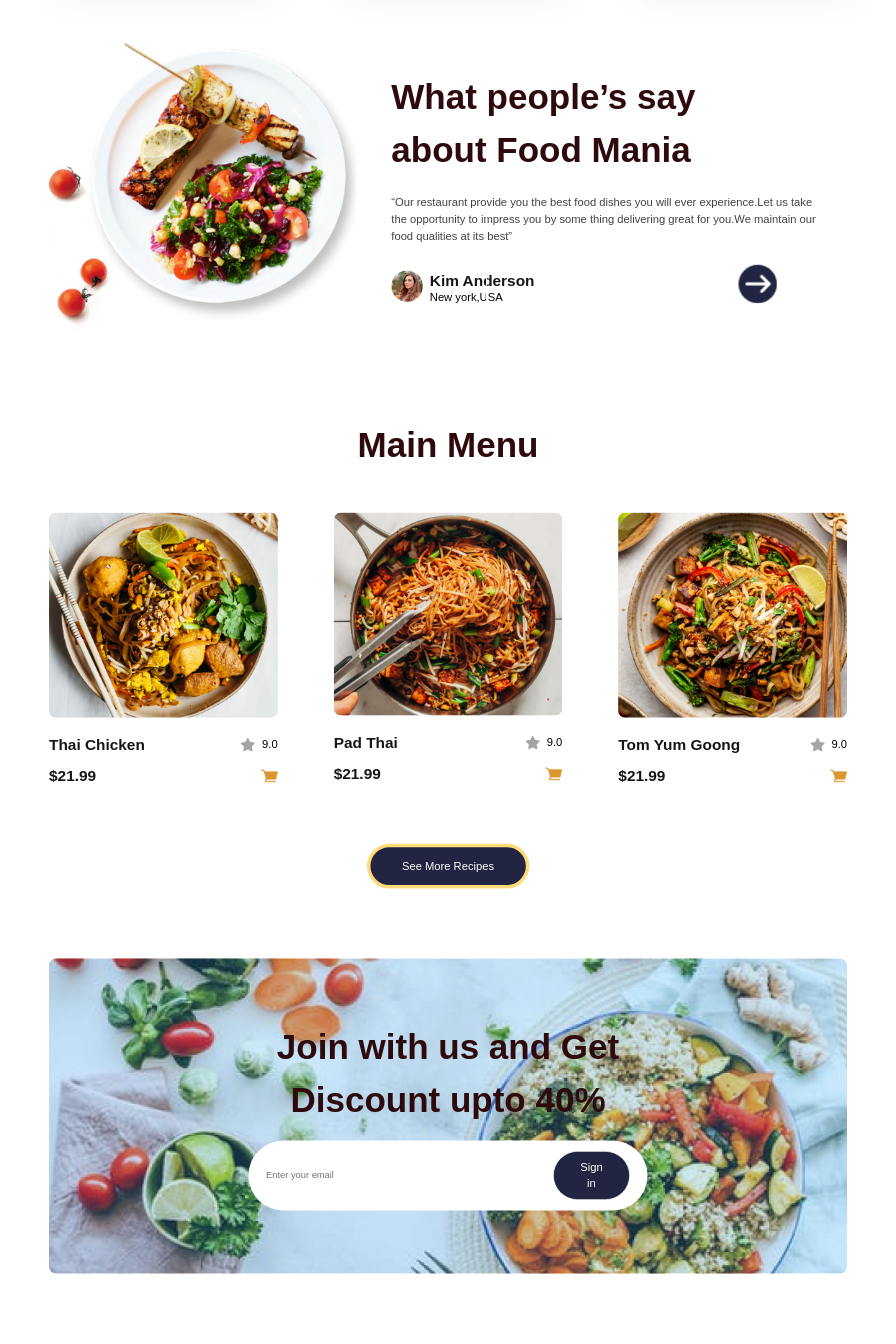
Repository: hoang0508/Figmafood
Page: index.html
An editor plug-in stored every save of this project. The page is shown before and after the next save, followed by the edit.
The browser window is 1280 px wide. The pictures show the part of the page from y = 1925 to 3845 px (the page is 3845 px tall), at 70% of full size.
Backgrounds fixed to the window are drawn as part of the page. Some web libraries are served in a nearby version. The style sheet was rebuilt from its Sass, Less or Tailwind sources for each picture, by a compiler version that may differ from the author's.

Above is the page before, as saved 2021-11-08 15:41:55.

### index.html
<!DOCTYPE html>
<html lang="en">
  <head>
    <meta charset="UTF-8" />
    <meta http-equiv="X-UA-Compatible" content="IE=edge" />
    <meta name="viewport" content="width=device-width, initial-scale=1.0" />
    <title>LandingPage Food</title>
    <link
      rel="stylesheet"
      href="https://cdnjs.cloudflare.com/ajax/libs/font-awesome/4.7.0/css/font-awesome.min.css"
      integrity="sha512-SfTiTlX6kk+qitfevl/7LibUOeJWlt9rbyDn92a1DqWOw9vWG2MFoays0sgObmWazO5BQPiFucnnEAjpAB+/Sw=="
      crossorigin="anonymous"
      referrerpolicy="no-referrer"
    />
    <link rel="preconnect" href="https://fonts.googleapis.com" />
    <link rel="preconnect" href="https://fonts.gstatic.com" crossorigin />
    <link
      href="https://fonts.googleapis.com/css2?family=Poppins:wght@300;400;500;600;700&display=swap"
      rel="stylesheet"
    />
    <link
      rel="stylesheet"
      type="text/css"
      href="https://cdn.jsdelivr.net/npm/slick-carousel@1.8.1/slick/slick.css"
    />
    <link rel="stylesheet" href="./css/app.css" />
  </head>
  <body>
    <div class="wrapper">
      <header class="header">
        <div class="container">
          <div class="header-container d-flex--between">
            <div class="header-logo d-flex--center">
              <img src="./images/logo.png" alt="" />
              <img src="./images/FOOD MANIA.svg" alt="" />
            </div>
            <ul class="header-list d-flex--center">
              <li class="header-item">
                <a href="#" class="header-link">Home</a>
              </li>
              <li class="header-item">
                <a href="#" class="header-link">About us</a>
              </li>
              <li class="header-item">
                <a href="#" class="header-link">Contact us</a>
              </li>
            </ul>
            <div class="header-icon d-flex--center">
              <a href="#" class="icon-link">
                <img src="./images/icon-search.png" alt="" />
              </a>
              <a href="#" class="icon-link">
                <img src="./images/icon-cart.png" alt="" />
              </a>
              <a href="#" class="icon-link">
                <img src="./images/icon-bars.png" alt="" />
              </a>
            </div>
            <button class="button button--primary">Book now</button>
          </div>
        </div>
      </header>
      <main>
        <section class="hero">
          <div class="container">
            <div class="hero-container d-flex--between">
              <div class="hero-content">
                <h3 class="hero-title">
                  Taste the <span>best Delicious</span> dishes.
                </h3>
                <button class="button button--primary button--secondary">
                  Explore Menu
                </button>
                <div class="hero-social d-flex--center">
                  <a href="#" class="social-icon">
                    <img src="./images/facebook.png" alt="" />
                  </a>
                  <a href="#" class="social-icon">
                    <img src="./images/instagram.png" alt="" />
                  </a>
                  <a href="#" class="social-icon">
                    <img src="./images/twitter.png" alt="" />
                  </a>
                </div>
              </div>
              <div class="hero-image">
                <div class="hero-image--big">
                  <img
                    src="./images/kisspng-hamburger-street-food-seafood-fast-food-delicious-food-5a75083cceaf41 1.png"
                    alt=""
                  />
                </div>
                <div class="hero-image--small-top">
                  <img src="./images/dlf 1.png" alt="" />
                </div>
                <div class="hero-image--small-bottom">
                  <img
                    src="./images/Pad-Thai_1-removebg-preview 1.png"
                    alt=""
                  />
                </div>
              </div>
            </div>
          </div>
        </section>
        <section class="about">
          <div class="container">
            <div class="about-container d-flex--between">
              <div class="about-image">
                <img
                  src="./images/imgbin-greek-salad-recipe-vegetarian-cuisine-everyday-super-food-salad-plate-gEMC3ig2LzciXACd5pm3EKWBe-removebg-preview 1.png"
                  alt=""
                />
              </div>
              <div class="about-content">
                <h3 class="heading-title">Fresh,Healthy & Delicious Food</h3>
                <p class="text-desc">
                  Our restaurant provide you the best food dishesh you will ever
                  experience.Let us take the opportunity to impress you by some
                  thing delivering great for you.We maintain our food qualities
                  at its best.
                </p>
                <button class="button button--primary button--secondary">
                  Explore All
                </button>
              </div>
            </div>
          </div>
        </section>
        <section class="menu">
          <div class="container">
            <div class="menu-container">
              <h3 class="heading-title menu-heading">Our Categorized Menu</h3>
              <div class="menu-list">
                <div class="menu-item">
                  <div class="menu-image">
                    <img
                      src="./images/emojione-monotone_hot-beverage.svg"
                      alt=""
                    />
                  </div>
                  <h3 class="menu-title heading-title--small">Beverage</h3>
                  <p class="menu-desc">
                    We offer you the best taste from each of the sector. you
                    will love it.
                  </p>
                </div>
                <div class="menu-item">
                  <div class="menu-image">
                    <img src="./images/Vector.png" alt="" />
                  </div>
                  <h3 class="menu-title heading-title--small">Meal</h3>
                  <p class="menu-desc">
                    We offer you the best taste from each of the sector. you
                    will love it.
                  </p>
                </div>
                <div class="menu-item">
                  <div class="menu-image">
                    <img src="./images/Vector (1).png" alt="" />
                  </div>
                  <h3 class="menu-title heading-title--small">Special dish</h3>
                  <p class="menu-desc">
                    We offer you the best taste from each of the sector. you
                    will love it.
                  </p>
                </div>
              </div>
            </div>
          </div>
        </section>
        <section class="category">
          <div class="container">
            <div class="category-container">
              <div class="category-item d-flex--center">
                <div class="category-image">
                  <img src="./images/df2.png" alt="" />
                </div>
                <div class="category-content">
                  <h3 class="heading-title category-title">
                    What people’s say about Food Mania
                  </h3>
                  <p class="text-desc">
                    “Our restaurant provide you the best food dishes you will
                    ever experience.Let us take the opportunity to impress you
                    by some thing delivering great for you.We maintain our food
                    qualities at its best”
                  </p>
                  <div class="category-author d-flex--center">
                    <div class="category-author--image">
                      <img src="./images/pexels-photo-733872 1.png" alt="" />
                    </div>
                    <div class="category-info">
                      <h4 class="category-name heading-title--small">
                        Kim Anderson
                      </h4>
                      <p class="category-address">New york,USA</p>
                    </div>
                  </div>
                </div>
              </div>
              <div class="category-item d-flex--center">
                <div class="category-image">
                  <img src="./images/df2.png" alt="" />
                </div>
                <div class="category-content">
                  <h3 class="heading-title category-title">
                    What people’s say about Food Mania
                  </h3>
                  <p class="text-desc">
                    “Our restaurant provide you the best food dishes you will
                    ever experience.Let us take the opportunity to impress you
                    by some thing delivering great for you.We maintain our food
                    qualities at its best”
                  </p>
                  <div class="category-author d-flex--center">
                    <div class="category-author--image">
                      <img src="./images/pexels-photo-733872 1.png" alt="" />
                    </div>
                    <div class="category-info">
                      <h4 class="category-name heading-title--small">
                        Kim Anderson
                      </h4>
                      <p class="category-address">New york,USA</p>
                    </div>
                  </div>
                </div>
              </div>
            </div>
          </div>
        </section>
        <section class="product">
          <div class="container">
            <div class="product-container">
              <h3 class="heading-title product-title">Main Menu</h3>
              <div class="product-list">
                <div class="product-item">
                  <div class="product-image">
                    <img src="./images/veganpadthairecipe-h1 1.png" alt="" />
                  </div>
                  <div class="product-info d-flex--between">
                    <h4 class="product-name heading-title--small">
                      Thai Chicken
                    </h4>
                    <div class="product-star d-flex--center">
                      <img src="./images/icon-star.png" alt="" />
                      <span>9.0</span>
                    </div>
                  </div>
                  <div class="product-price d-flex--between">
                    <span class="product-coin heading-title--small"
                      >$21.99</span
                    >
                    <a href="#" class="product-link">
                      <img src="./images/icon-cart-product.png" alt="" />
                    </a>
                  </div>
                </div>
                <div class="product-item">
                  <div class="product-image">
                    <img src="./images/Pad-Thai 1.png" alt="" />
                  </div>
                  <div class="product-info d-flex--between">
                    <h4 class="product-name heading-title--small">Pad Thai</h4>
                    <div class="product-star d-flex--center">
                      <img src="./images/icon-star.png" alt="" />
                      <span>9.0</span>
                    </div>
                  </div>
                  <div class="product-price d-flex--between">
                    <span class="product-coin heading-title--small"
                      >$21.99</span
                    >
                    <a href="#" class="product-link">
                      <img src="./images/icon-cart-product.png" alt="" />
                    </a>
                  </div>
                </div>
                <div class="product-item">
                  <div class="product-image">
                    <img
                      src="./images/healthier-vegan-pad-thai-macro-1024x1536 1.png"
                      alt=""
                    />
                  </div>
                  <div class="product-info d-flex--between">
                    <h4 class="product-name heading-title--small">
                      Tom Yum Goong
                    </h4>
                    <div class="product-star d-flex--center">
                      <img src="./images/icon-star.png" alt="" />
                      <span>9.0</span>
                    </div>
                  </div>
                  <div class="product-price d-flex--between">
                    <span class="product-coin heading-title--small"
                      >$21.99</span
                    >
                    <a href="#" class="product-link">
                      <img src="./images/icon-cart-product.png" alt="" />
                    </a>
                  </div>
                </div>
              </div>
              <button
                class="button button--primary button--secondary button--more"
              >
                See More Recipes
              </button>
            </div>
          </div>
        </section>
        <section class="contact">
          <div class="container">
            <div class="contact-container">
              <div class="contact-content">
                <h4 class="heading-title contact-title">
                  Join with us and Get Discount upto 40%
                </h4>
                <form action="#" class="contact-form">
                  <input
                    type="text"
                    class="contact-input"
                    placeholder="Enter your email"
                  />
                  <button class="button button--primary">Sign in</button>
                </form>
              </div>
            </div>
          </div>
        </section>
      </main>
    </div>

    <script
      type="text/javascript"
      src="https://code.jquery.com/jquery-1.11.0.min.js"
    ></script>
    <script
      type="text/javascript"
      src="https://code.jquery.com/jquery-migrate-1.2.1.min.js"
    ></script>
    <script
      type="text/javascript"
      src="https://cdn.jsdelivr.net/npm/slick-carousel@1.8.1/slick/slick.min.js"
    ></script>
    <script src="./script/app.js"></script>
  </body>
</html>

### script/app.js
$(".category-container").slick({
  infinite: true,
  slidesToShow: 1,
  slidesToScroll: 3,
  nextArrow: `<button type='button' class='slick-next pull-right'><img src="./images/arrow-icon.png" /></button>`,
  prevArrow: false,
});

### sass/app.scss
@import "variable";
@import "reset";
@import "global";
@import "typography";
@import "header";
@import "hero";
@import "about";
@import "menu";
@import "category";
@import "category";
@import "product";
@import "contact";
@import "footer";

### sass/variable.scss
$primary-color: #212542;
$secondary-color: #2e0a0c;
$border-color: #ffda7b;
$text-color-box: #424242;
$text-color-small: #747474;
$heading-color: #161616;

### sass/reset.scss
html {
  box-sizing: border-box;
}
* {
  margin: 0;
  padding: 0;
}
*,
*:before,
*:after {
  box-sizing: border-box;
}
input,
textarea,
select,
button {
  outline: none;
}
input {
  line-height: normal;
}
label,
button {
  cursor: pointer;
}
a {
  text-decoration: none;
}
img {
  display: block;
  max-width: 100%;
}

ul,
li {
  list-style: none;
}

### sass/global.scss
.wrapper {
  max-width: 1440px;
  margin: 0 auto;
  overflow: hidden;
}

.container {
  max-width: 1170px;
  margin: 0 auto;
  padding: 0 15px;
}

body {
  font-family: "Popins", sans-serif;
  line-height: 1;
  font-size: 16px;
}

body::-webkit-scrollbar {
  width: 7px;
}

body::-webkit-scrollbar-thumb {
  background-color: $primary-color;
  border-radius: 10px;
}

.d-flex--center {
  display: flex;
  align-items: center;
}

.d-flex--between {
  display: flex;
  justify-content: space-between;
  align-items: center;
}

.button {
  display: inline-block;
  color: #fff;
  background-color: $primary-color;
  border: 0;
  &--primary {
    font-size: 16px;
    font-weight: 500;
    line-height: calc(24 / 16);
    padding: 10px 30px;
    background: #212542;
    border: 1.5px solid #ffffff;
    border-radius: 100px;
    display: flex;
    align-items: center;
    justify-content: center;
  }
  &--secondary {
    padding: 15px 45px;
    border-width: 5px;
    border-color: $border-color;
  }
  &--more {
    display: inline-block;
    position: relative;
    left: 50%;
    transform: translateX(-50%);
  }
}

### sass/typography.scss
.heading-title {
  font-size: 50px;
  font-weight: 600;
  line-height: calc(87 / 58);
  color: $secondary-color;
}

.text-desc {
  font-size: 16px;
  font-weight: 500;
  line-height: calc(27 / 18);
  padding: 25px 0 35px;
  color: $text-color-box;
}

.heading-title--small {
  font-size: 22px;
  line-height: calc(33 / 22);
  font-weight: 600;
  color: $heading-color;
}

### sass/_header.scss
.header {
  margin-top: 50px;
  margin-bottom: 121px;
  &-logo {
    gap: 10px;
  }
  &-list {
    gap: 0 90px;
    font-size: 18px;
    font-weight: 500;
  }
  &-item {
    position: relative;
  }
  &-link {
    position: relative;
    color: #000000;
  }
  &-link:after {
    content: "";
    position: absolute;
    display: block;
    width: 0;
    height: 3px;
    background-color: $primary-color;
    bottom: -8px;
    border-radius: 5px;
    transition: all 0.3s linear;
  }
  &-link:hover::after {
    width: 100%;
    transition: all 0.3s linear;
  }
  &-icon {
    gap: 0 50px;
  }
}

### sass/_hero.scss
.hero {
  padding-bottom: 120px;
  &-container {
    align-items: stretch;
  }
  &-content {
    max-width: 455px;
    width: 100%;
  }
  &-title {
    font-size: 61px;
    line-height: calc(91 / 61);
    color: $secondary-color;
    font-weight: 600;
    padding-bottom: 25px;
    span {
      display: block;
    }
  }
  &-social {
    padding-top: 50px;
    gap: 0 25px;
    a.social-icon {
      width: 40px;
      height: 40px;
      border: 2px solid $border-color;
      border-radius: 100rem;
      display: flex;
      justify-content: center;
      align-items: center;
    }
  }
  &-image {
    position: relative;
  }
  &-image--big {
    position: relative;
  }
  &-image--small-top {
    position: absolute;
    left: 0;
    top: 50%;
    transform: translateX(50%);
    width: 100px;
  }
  &-image--small-bottom {
    position: absolute;
    bottom: 70px;
    right: 100px;
  }
}

### sass/_about.scss
.about {
  padding-bottom: 135px;
  &-container {
    gap: 170px;
  }
  &-content {
    max-width: 600px;
    width: 100%;
  }
}

### sass/_menu.scss
.menu {
  padding-bottom: 100px;
  &-heading {
    text-align: center;
    padding-bottom: 100px;
  }
  &-list {
    display: grid;
    grid-template-columns: repeat(3, 1fr);
    grid-gap: 0px 100px;
  }
  &-item {
    display: flex;
    align-items: center;
    justify-content: center;
    flex-direction: column;
    background: #ffffff;
    box-shadow: 12px 36px 32px rgba(228, 228, 228, 0.5);
    border-radius: 25px;
    padding: 45px 50px;
  }
  &-image {
    padding-bottom: 28px;
  }
  &-title {
    padding-bottom: 22px;
  }
  &-desc {
    text-align: center;
    font-size: 17px;
    line-height: calc(20 / 13);
    color: $text-color-small;
  }
}

### sass/_category.scss
.category {
  padding-bottom: 125px;
  &-item {
    gap: 50px;
  }
  &-content {
    max-width: 625px;
    width: 100%;
  }
  &-title {
    max-width: 500px;
    width: 100%;
  }
  &-author {
    gap: 10px;
  }
  &-author--image img {
    width: 45px;
    height: 45px;
    border-radius: 100rem;
    object-fit: cover;
  }
}

// slick slider
.slick-initialized .slick-slide {
  display: flex;
  align-items: center;
}

button.slick-next {
  display: block;
  position: absolute;
  right: 100px;
  bottom: 10%;
  width: 55px;
  height: 55px;
  background-color: $primary-color;
  border-radius: 100rem;
  display: flex !important;
  justify-content: center;
  align-items: center;
  border: 0;
}

### sass/_product.scss
.product {
  padding-bottom: 100px;
  &-title {
    text-align: center;
    padding-bottom: 58px;
  }
  &-list {
    display: grid;
    grid-template-columns: repeat(3, 1fr);
    grid-gap: 0px 80px;
    padding-bottom: 80px;
  }
  &-image {
    border-radius: 10px;
    overflow: hidden;
    margin-bottom: 22px;
    img {
      width: 100%;
      height: 100%;
      object-fit: cover;
    }
  }
  &-info {
    padding-bottom: 12px;
  }
  &-star {
    gap: 10px;
  }
}

### sass/_contact.scss
.contact {
  padding-bottom: 100px;
  &-container {
    background: url("../images/contact-image.png") center / cover no-repeat
      fixed;
    height: 450px;
    overflow: hidden;
    border-radius: 10px;
    object-fit: cover;
    position: relative;
  }
  &-container::after {
    content: "";
    position: absolute;
    top: 0;
    left: 0;
    width: 100%;
    height: 100%;
    background-color: #129bf6;
    opacity: 0.2;
    z-index: 0;
  }
  &-content {
    position: absolute;
    top: 50%;
    left: 50%;
    transform: translate(-50%, -50%);
    z-index: 1;
  }
  &-title {
    text-align: center;
    padding-bottom: 20px;
  }
  &-form {
    background-color: #fff;
    border-radius: 100rem;
    display: flex;
    align-items: center;
    padding: 15px 25px;
  }
  &-input {
    border: 0;
    width: 80%;
  }
}

Loaded but not shown: sass/_footer.scss (no stored copy; drawn as an empty file)

After the next save:
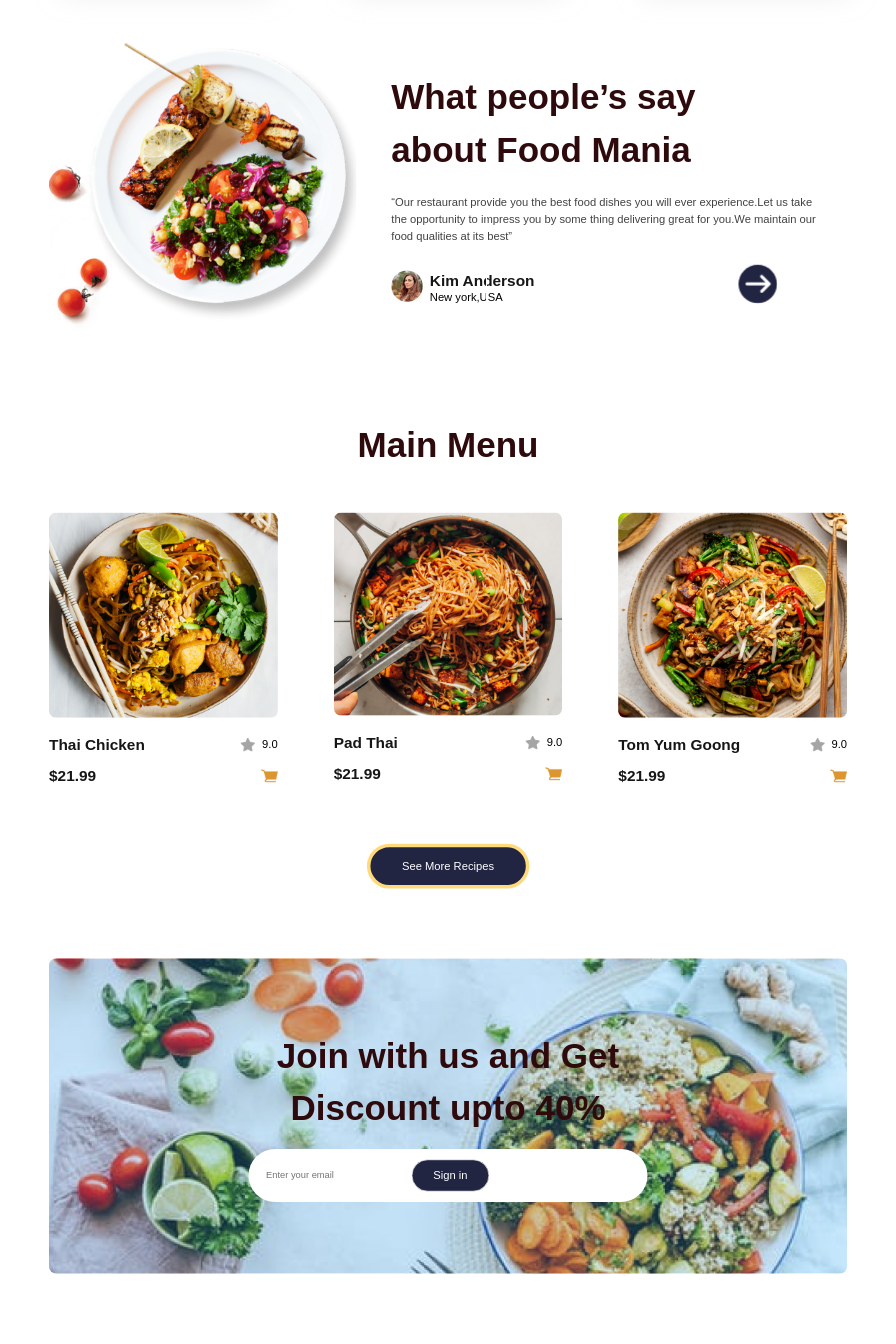
Saved 7 s later.
--- a/sass/_contact.scss
+++ b/sass/_contact.scss
@@ -40,6 +40,6 @@
   }
   &-input {
     border: 0;
-    width: 80%;
+    width: 40%;
   }
 }
